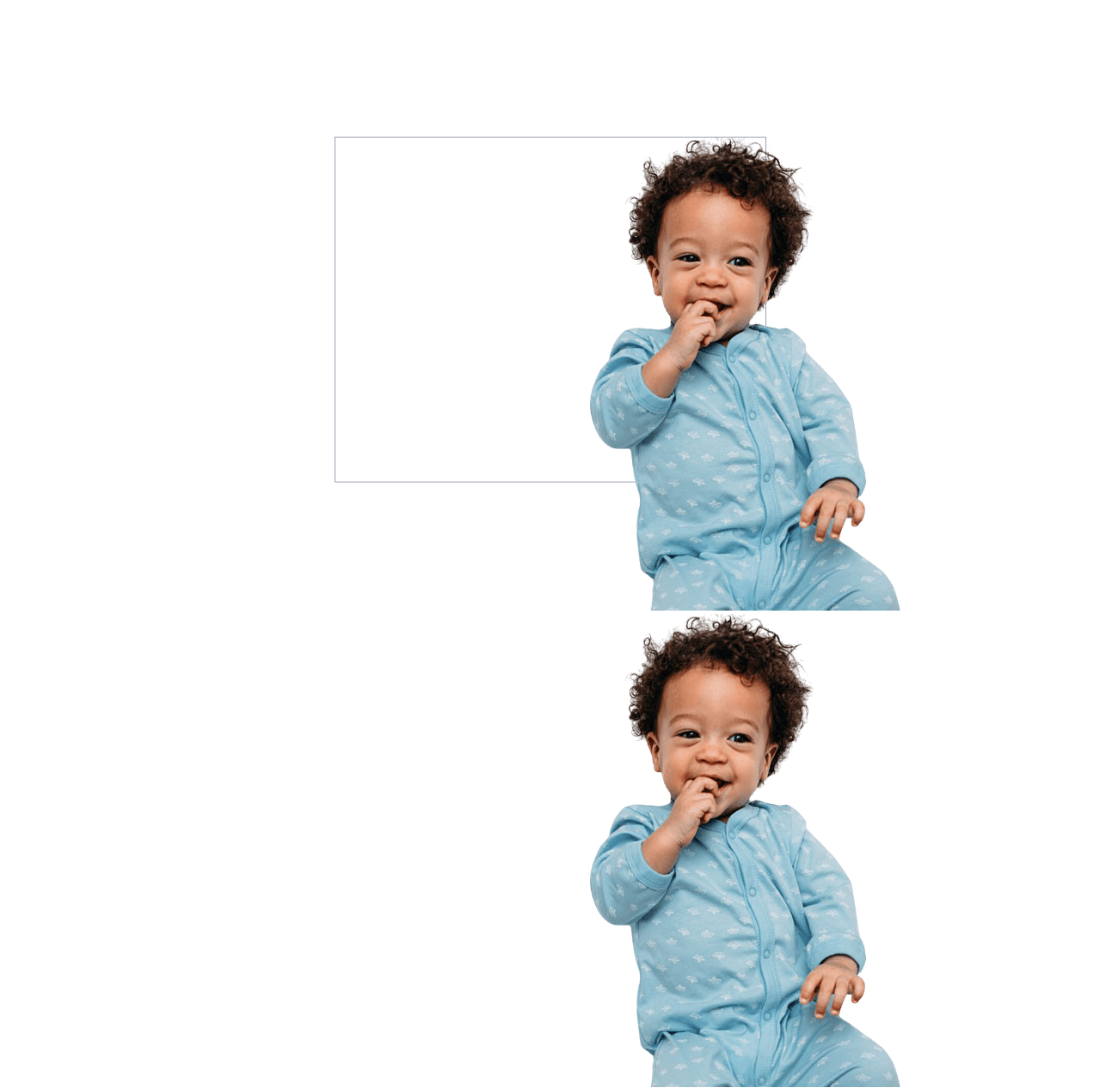
Repository: gyypwrs/css-practice
Page: pull-over/index.html
The author's editor kept a copy of each file at every save. The page is drawn from the files as they stood at one save, then again after the next save.
The browser window is 1280 px wide. The pictures show the whole page, at 86% of full size.

Above is the page before, as saved 2022-05-16 09:57:10.

After the next save:
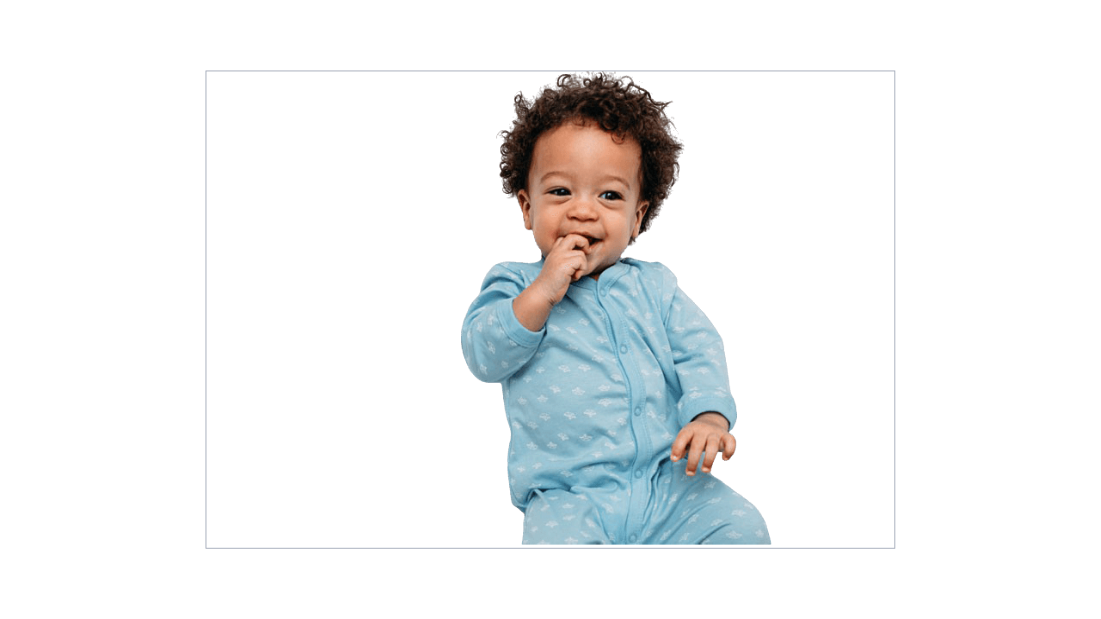
Saved 73 s later.
--- a/pull-over/index.html
+++ b/pull-over/index.html
@@ -4,7 +4,7 @@
  * @Author: Hongyu
  * @Date: 2022-05-14 18:11:46
  * @LastEditors: Hongyu
- * @LastEditTime: 2022-05-16 09:56:49
+ * @LastEditTime: 2022-05-16 09:58:23
 -->
 <!DOCTYPE html>
 <html>
@@ -22,11 +22,12 @@
       }
       .wrapper {
         margin: auto;
-        height: 400px;
-        width: 500px;
         border: 1px solid #9da5b4;
+        position: relative;
       }
-
+      .bottom {
+        position: absolute
+      }
   </style>
   </head>
   <body>
